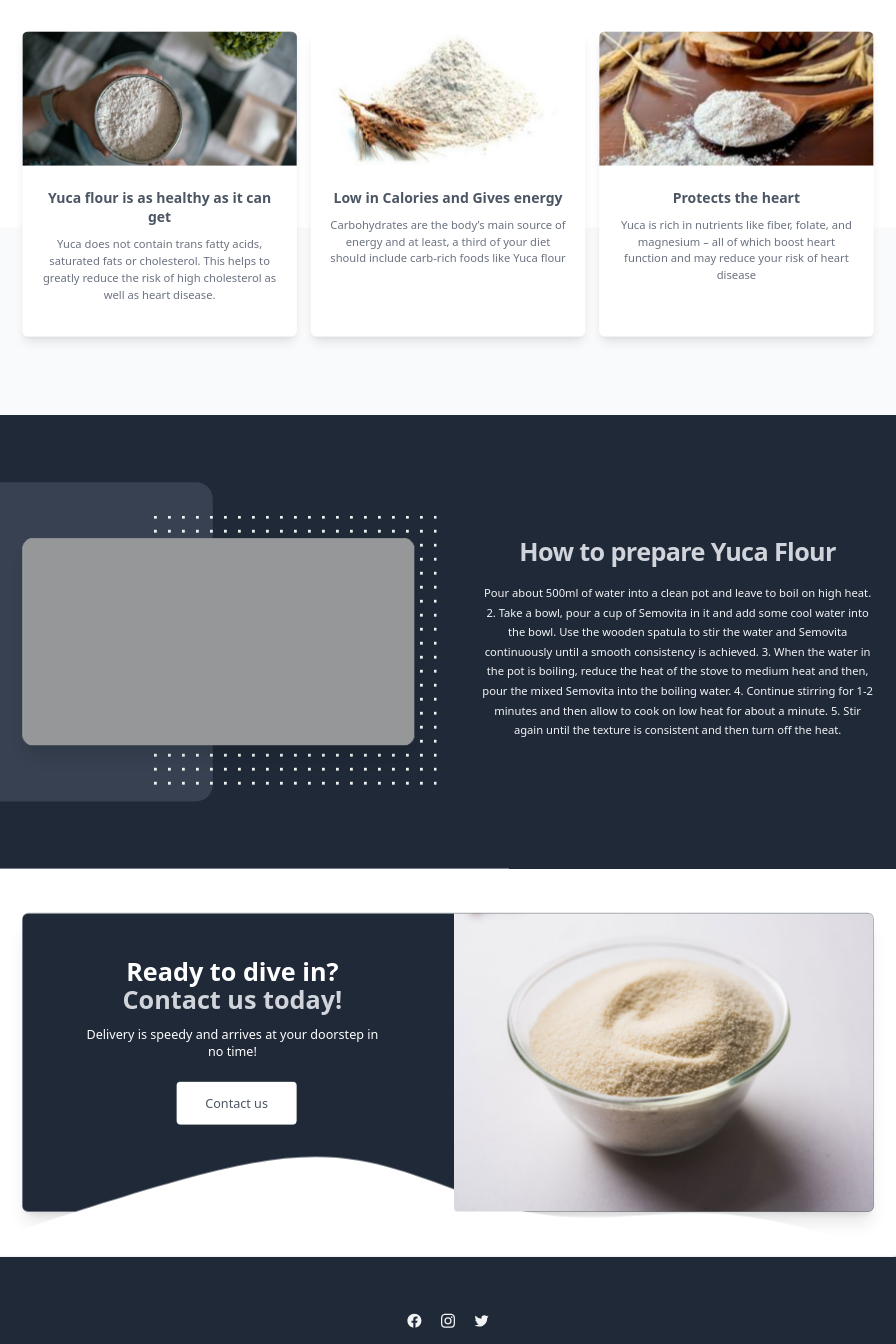
Repository: bellatrick/prime-foods
Page: /
These files come from the project's save history. The page is drawn as it stood at one moment and after a run of saves; the edit follows.
The browser window is 1280 px wide. The pictures show the part of the page from y = 957 to 2877 px (the page is 2960 px tall), at 70% of full size.
Pictures or frames that could not be fetched are drawn as grey boxes. Some web fonts or font styles are not loaded; a fallback is used. The project was rebuilt for these pictures with package versions that can differ from the ones it lists, and the page was loaded fresh each time.

Above is the page before, as saved 2022-05-01 12:46:18.

### public/index.html
<!DOCTYPE html>
<html lang="en">
  <head>
    <meta charset="utf-8" />
    <link rel="icon" href="%PUBLIC_URL%/favicon.ico" />
    <meta name="viewport" content="width=device-width, initial-scale=1" />
    <meta name="theme-color" content="#000000" />
    <meta
      name="description"
      content="Web site created using create-react-app"
    />
    <link rel="apple-touch-icon" href="%PUBLIC_URL%/logo192.png" />
    <link rel="preconnect" href="https://fonts.googleapis.com" />
    <link rel="preconnect" href="https://fonts.gstatic.com" crossorigin />
    <link
      href="https://fonts.googleapis.com/css2?family=Dancing+Script:wght@400;500;600;700&family=Inter:wght@100;200;300;400;500;700;900&family=Kavoon&display=swap"
      rel="stylesheet"
    />
    <!--
      manifest.json provides metadata used when your web app is installed on a
      user's mobile device or desktop. See https://developers.google.com/web/fundamentals/web-app-manifest/
    -->
    <link rel="manifest" href="%PUBLIC_URL%/manifest.json" />
    <!--
      Notice the use of %PUBLIC_URL% in the tags above.
      It will be replaced with the URL of the `public` folder during the build.
      Only files inside the `public` folder can be referenced from the HTML.

      Unlike "/favicon.ico" or "favicon.ico", "%PUBLIC_URL%/favicon.ico" will
      work correctly both with client-side routing and a non-root public URL.
      Learn how to configure a non-root public URL by running `npm run build`.
    -->
    <title>React App</title>
  </head>
  <body>
    <noscript>You need to enable JavaScript to run this app.</noscript>
    <div id="root"></div>
    <!--
      This HTML file is a template.
      If you open it directly in the browser, you will see an empty page.

      You can add webfonts, meta tags, or analytics to this file.
      The build step will place the bundled scripts into the <body> tag.

      To begin the development, run `npm start` or `yarn start`.
      To create a production bundle, use `npm run build` or `yarn build`.
    -->
  </body>
</html>

### src/App.js
import Hero from './components/Hero'
import Features from './components/Features'
import Cta from './components/Cta'
import Footer from './components/Footer'
import Content from './components/Content'
import './App.css';

function App() {
  return (
    <div className="App">
     <Hero/>
     <Features/>
     <Content/>
     <Cta/>
     <Footer/>

    </div>
  );
}

export default App;

### src/components/Hero.jsx
import { Popover } from "@headlessui/react";
import img1 from "../assets/img7.jpg";
import logo from "../assets/prime.jpg";
import Fade from "react-reveal/Fade";

export default function Example() {
  return (
    <div className="relative bg-gray-800">
      <Popover className="relative bg-white shadow">
        <div className="max-w-7xl mx-auto px-4 sm:px-6">
          <div className="flex justify-between items-center py-6  md:space-x-10">
            <div className="flex justify-start lg:w-0 lg:flex-1">
              <img
                src={logo}
                alt=""
                className="h-12 w-auto sm:h-12 object-fill"
              />
            </div>
            <div className="flex gap-8 text-white font-bold cursor-pointer  ">
              <a
                className="hover:bg-gray-400 hover:text-white w-32 py-2 text-white bg-gray-800 rounded-md"
                href="#About"
              >
                About{" "}
              </a>
              <a
                className="hover:bg-gray-400 hover:text-white w-32 py-2 text-white bg-gray-800 rounded-md"
                href="#contact-us"
              >
                Contact us
              </a>
            </div>
          </div>
        </div>
      </Popover>

      <main className="lg:relative">
        <div className="mx-auto max-w-7xl w-full pt-16 pb-20 text-center lg:py-48 lg:text-left">
          <div className="px-4 lg:w-1/2 sm:px-8 xl:pr-16">
            <Fade left opposite>
              <h1 className="text-4xl tracking-tight font-extrabold text-white sm:text-5xl md:text-6xl lg:text-5xl xl:text-6xl">
                <span className="block xl:inline">Yuca Flour</span>{" "}
              </h1>
            </Fade>
            <Fade right opposite>
              <p className="mt-3 max-w-md mx-auto text-lg text-gray-100 sm:text-xl md:mt-5 md:max-w-3xl">
                Yuca flour is a product of cassava. It is nutrient dense and
                provides all the nourishment your body needs to be fortified.
              </p>
            </Fade>

            <div className="mt-10 flex justify-center lg:justify-start">
              <div className="mt-3 sm:mt-0 sm:ml-3">
                <a
                  href="#About"
                  className="w-72 z-10 flex items-center justify-center px-8 py-2 border border-transparent text-base font-medium rounded-md hover:bg-gray-900 text-white bg-gray-400  cursor-pointer md:py-4 md:text-lg md:px-10"
                >
                  Learn more
                </a>
              </div>
            </div>
          </div>
        </div>

        <Fade bottom opposite>
          <div className="relative w-full h-64 sm:h-72 md:h-96 lg:absolute lg:inset-y-0 lg:right-0 lg:w-1/2 lg:h-full">
            <img
              className="absolute inset-0 w-full h-full object-cover"
              src={img1}
              alt=""
            />
          </div>
        </Fade>
      </main>

      <div className="absolute bottom-0 left-0 right-0 w-full">
        <svg
          xmlns="http://www.w3.org/2000/svg"
          viewBox="0 0 1440 320"
          className="h-48  z-0"
        >
          <path
            fill="#fff"
            fill-opacity="1"
            d="M0,288L48,272C96,256,192,224,288,197.3C384,171,480,149,576,165.3C672,181,768,235,864,250.7C960,267,1056,245,1152,250.7C1248,256,1344,288,1392,304L1440,320L1440,320L1392,320C1344,320,1248,320,1152,320C1056,320,960,320,864,320C768,320,672,320,576,320C480,320,384,320,288,320C192,320,96,320,48,320L0,320Z"
          ></path>
        </svg>
      </div>
    </div>
  );
}

### src/components/Features.jsx
import img1 from "../assets/img2.jpg";
import img2 from "../assets/img3.png";
import img3 from "../assets/img4.jfif";
import Fade from "react-reveal/Fade";
const posts = [
  {
    title: "Yuca flour is as healthy as it can get",
    description:
      "Yuca does not contain trans fatty acids, saturated fats or cholesterol. This helps to greatly reduce the risk of high cholesterol as well as heart disease.",
    imageUrl: img2,
  },
  {
    title: " Low in Calories and Gives energy",
    description:
      "Carbohydrates are the body’s main source of energy and at least, a third of your diet should include carb-rich foods like Yuca flour",
    imageUrl: img1,

  },
  {
    title: "Protects the heart",
    description:
      "Yuca is rich in nutrients like fiber, folate, and magnesium – all of which boost heart function and may reduce your risk of heart disease",
    imageUrl: img3,
  },
];

export default function Example() {
  return (
    <div className="relative bg-gray-50 pt-16 pb-20 px-4 sm:px-6 lg:pt-24 lg:pb-28 lg:px-8" id='About'>
      <div className="absolute inset-0">
        <div className="bg-white h-1/3 sm:h-2/3" />
      </div>
      <div className="relative max-w-7xl mx-auto">
        <div className="text-center">
          <h2 className="text-3xl tracking-tight font-extrabold text-gray-600 sm:text-4xl">
            About Yuca Flour
          </h2>
          <p className="mt-3 max-w-2xl mx-auto text-xl text-gray-500 sm:mt-4">
            Lorem ipsum dolor sit amet consectetur, adipisicing elit. Ipsa
            libero labore natus atque, ducimus sed.
          </p>
        </div>
        <>
          <div className="mt-12 max-w-lg mx-auto grid gap-5 lg:grid-cols-3 lg:max-w-none">
            {posts.map((post) => (
              <Fade cascade opposite left>
                <div
                  key={post.title}
                  className="flex flex-col rounded-lg shadow-lg overflow-hidden"
                >
                  <div className="flex-shrink-0">
                    <img
                      className="h-48 w-full object-cover"
                      src={post.imageUrl}
                      alt="feature img"
                    />
                  </div>
                  <div className="flex-1 bg-white p-6 flex flex-col justify-between">
                    <div className="flex-1">
                      <a href={post.href} className="block mt-2">
                        <p className="text-xl font-semibold text-gray-600">
                          {post.title}
                        </p>
                        <p className="mt-3 text-base text-gray-500">
                          {post.description}
                        </p>
                      </a>
                    </div>
                    <div className="mt-6 flex items-center"></div>
                  </div>
                </div>
              </Fade>
            ))}
          </div>
        </>
      </div>
    </div>
  );
}

### src/components/Cta.jsx
import img1 from "../assets/img9.jpg";
import Slide from "react-reveal/Slide";
import Fade from "react-reveal/Fade";
export default function Example() {
  return (
    <div className="bg-white relative" id="contact-us">
         <div className="absolute bottom-0 left-0 right-0">
        <svg xmlns="http://www.w3.org/2000/svg" viewBox="0 0 1440 320">
          <path
            fill="#fff"
            fill-opacity="1"
            d="M0,288L48,272C96,256,192,224,288,197.3C384,171,480,149,576,165.3C672,181,768,235,864,250.7C960,267,1056,245,1152,250.7C1248,256,1344,288,1392,304L1440,320L1440,320L1392,320C1344,320,1248,320,1152,320C1056,320,960,320,864,320C768,320,672,320,576,320C480,320,384,320,288,320C192,320,96,320,48,320L0,320Z"
          ></path>
        </svg>
      </div>
      <div className="max-w-7xl mx-auto py-16 px-4 sm:px-6 lg:px-8">
        <div className="bg-gray-800 rounded-lg shadow-xl overflow-hidden lg:grid lg:grid-cols-2 lg:gap-4">
          <div className="pt-6 pb-12 px-6 sm:pt-10 sm:px-16 lg:py-16 lg:pr-0 xl:py-16 xl:px-20">
            <div className="lg:self-center">
              <h2 className="text-2xl font-extrabold text-white sm:text-4xl">
                <Fade left>
                  <span className="block">Ready to dive in?</span>
                </Fade>
                <Fade right>
                  {" "}
                  <span className="block text-gray-300">Contact us today!</span>
                </Fade>
              </h2>
              <Slide left>
                {" "}
                <p className="mt-4 text-lg leading-6 text-white">
                  Delivery is speedy and arrives at your doorstep in no time!
                </p>
              </Slide>
              <Slide left>
                <div className="mt-4 flex justify-center sm:mt-8 sm:ml-3 cursor-pointer">
                  <a
                    href={`https://wa.me/${'+2348108932677'}/?text=${'Hello, i just got off your website and i would like to...'}`}
                    rel="noreferrer"
                    className=" flex items-center justify-center px-8 py-3 border border-transparent text-base font-medium rounded-md bg-white text-gray-600 hover:bg-gray-400 hover:text-white cursor-pointer md:py-4 md:text-lg md:px-10"
                  >
                    Contact us
                  </a>
                </div>
              </Slide>
            </div>
          </div>{" "}
          <div className="-mt-6 aspect-w-5 aspect-h-3 md:aspect-w-2 md:aspect-h-1">
            <Slide right>
              <img
                className="transform translate-x-6 translate-y-6 rounded-md object-cover object-left-top sm:translate-x-16 lg:translate-y-20"
                src={img1}
                alt="App screenshot"
              />
            </Slide>
          </div>
        </div>
      </div>

    </div>
  );
}

### src/components/Footer.jsx
/* This example requires Tailwind CSS v2.0+ */
const navigation = {
    social: [
      {
        name: 'Facebook',
        href: '#',
        icon: (props) => (
          <svg fill="currentColor" viewBox="0 0 24 24" {...props}>
            <path
              fillRule="evenodd"
              d="M22 12c0-5.523-4.477-10-10-10S2 6.477 2 12c0 4.991 3.657 9.128 8.438 9.878v-6.987h-2.54V12h2.54V9.797c0-2.506 1.492-3.89 3.777-3.89 1.094 0 2.238.195 2.238.195v2.46h-1.26c-1.243 0-1.63.771-1.63 1.562V12h2.773l-.443 2.89h-2.33v6.988C18.343 21.128 22 16.991 22 12z"
              clipRule="evenodd"
            />
          </svg>
        ),
      },
      {
        name: 'Instagram',
        href: '#',
        icon: (props) => (
          <svg fill="currentColor" viewBox="0 0 24 24" {...props}>
            <path
              fillRule="evenodd"
              d="M12.315 2c2.43 0 2.784.013 3.808.06 1.064.049 1.791.218 2.427.465a4.902 4.902 0 011.772 1.153 4.902 4.902 0 011.153 1.772c.247.636.416 1.363.465 2.427.048 1.067.06 1.407.06 4.123v.08c0 2.643-.012 2.987-.06 4.043-.049 1.064-.218 1.791-.465 2.427a4.902 4.902 0 01-1.153 1.772 4.902 4.902 0 01-1.772 1.153c-.636.247-1.363.416-2.427.465-1.067.048-1.407.06-4.123.06h-.08c-2.643 0-2.987-.012-4.043-.06-1.064-.049-1.791-.218-2.427-.465a4.902 4.902 0 01-1.772-1.153 4.902 4.902 0 01-1.153-1.772c-.247-.636-.416-1.363-.465-2.427-.047-1.024-.06-1.379-.06-3.808v-.63c0-2.43.013-2.784.06-3.808.049-1.064.218-1.791.465-2.427a4.902 4.902 0 011.153-1.772A4.902 4.902 0 015.45 2.525c.636-.247 1.363-.416 2.427-.465C8.901 2.013 9.256 2 11.685 2h.63zm-.081 1.802h-.468c-2.456 0-2.784.011-3.807.058-.975.045-1.504.207-1.857.344-.467.182-.8.398-1.15.748-.35.35-.566.683-.748 1.15-.137.353-.3.882-.344 1.857-.047 1.023-.058 1.351-.058 3.807v.468c0 2.456.011 2.784.058 3.807.045.975.207 1.504.344 1.857.182.466.399.8.748 1.15.35.35.683.566 1.15.748.353.137.882.3 1.857.344 1.054.048 1.37.058 4.041.058h.08c2.597 0 2.917-.01 3.96-.058.976-.045 1.505-.207 1.858-.344.466-.182.8-.398 1.15-.748.35-.35.566-.683.748-1.15.137-.353.3-.882.344-1.857.048-1.055.058-1.37.058-4.041v-.08c0-2.597-.01-2.917-.058-3.96-.045-.976-.207-1.505-.344-1.858a3.097 3.097 0 00-.748-1.15 3.098 3.098 0 00-1.15-.748c-.353-.137-.882-.3-1.857-.344-1.023-.047-1.351-.058-3.807-.058zM12 6.865a5.135 5.135 0 110 10.27 5.135 5.135 0 010-10.27zm0 1.802a3.333 3.333 0 100 6.666 3.333 3.333 0 000-6.666zm5.338-3.205a1.2 1.2 0 110 2.4 1.2 1.2 0 010-2.4z"
              clipRule="evenodd"
            />
          </svg>
        ),
      },
      {
        name: 'Twitter',
        href: '#',
        icon: (props) => (
          <svg fill="currentColor" viewBox="0 0 24 24" {...props}>
            <path d="M8.29 20.251c7.547 0 11.675-6.253 11.675-11.675 0-.178 0-.355-.012-.53A8.348 8.348 0 0022 5.92a8.19 8.19 0 01-2.357.646 4.118 4.118 0 001.804-2.27 8.224 8.224 0 01-2.605.996 4.107 4.107 0 00-6.993 3.743 11.65 11.65 0 01-8.457-4.287 4.106 4.106 0 001.27 5.477A4.072 4.072 0 012.8 9.713v.052a4.105 4.105 0 003.292 4.022 4.095 4.095 0 01-1.853.07 4.108 4.108 0 003.834 2.85A8.233 8.233 0 012 18.407a11.616 11.616 0 006.29 1.84" />
          </svg>
        ),
      },
    ],
  }

  export default function Example() {
    return (
      <footer className="bg-gray-800">
        <div className="max-w-7xl mx-auto py-12 px-4 overflow-hidden sm:px-6 lg:px-8">
          <div className="mt-8 flex justify-center space-x-6">
            {navigation.social.map((item) => (
              <a key={item.name} href={item.href} className="text-gray-100 hover:text-gray-200">
                <span className="sr-only">{item.name}</span>
                <item.icon className="h-6 w-6" aria-hidden="true" />
              </a>
            ))}
          </div>
          <p className="mt-8 text-center text-base text-gray-100">&copy; 2022 Prime foods. All rights reserved.</p>
        </div>
      </footer>
    )
  }

### src/components/Content.jsx
import img1 from "../assets/img1.jpg";
import Fade from "react-reveal/Fade";
export default function Example() {
  return (
    <div className="relative bg-gray-800 py-16 sm:py-24">
      <div className="lg:mx-auto lg:max-w-7xl lg:px-8 lg:grid lg:grid-cols-2 lg:gap-24 lg:items-start">
        <div className="relative sm:py-16 lg:py-0">
          <div
            aria-hidden="true"
            className="hidden sm:block lg:absolute lg:inset-y-0 lg:right-0 lg:w-screen"
          >
            <div className="absolute inset-y-0 right-1/2 w-full bg-gray-700 rounded-r-3xl lg:right-72" />
            <svg
              className="absolute top-8 left-1/2 -ml-3 lg:-right-8 lg:left-auto lg:top-12"
              width={404}
              height={392}
              fill="none"
              viewBox="0 0 404 392"
            >
              <Fade left>
                <defs>
                  <pattern
                    id="02f20b47-fd69-4224-a62a-4c9de5c763f7"
                    x={0}
                    y={0}
                    width={20}
                    height={20}
                    patternUnits="userSpaceOnUse"
                  >
                    <rect
                      x={0}
                      y={0}
                      width={4}
                      height={4}
                      className="text-gray-100"
                      fill="currentColor"
                    />
                  </pattern>
                </defs>
              </Fade>
              <rect
                width={404}
                height={392}
                fill="url(#02f20b47-fd69-4224-a62a-4c9de5c763f7)"
              />
            </svg>
          </div>
          <div className="relative mx-auto max-w-md px-4 sm:max-w-3xl sm:px-6 lg:px-0 lg:max-w-none lg:py-20">
            {/* Testimonial card*/}
            <Fade right>
              <div className="relative pt-64 pb-10 rounded-2xl shadow-xl overflow-hidden">
                <img
                  className="absolute inset-0 h-full w-full object-cover"
                  src={img1}
                  alt=""
                />
                <div className="absolute inset-0 bg-gray-100 mix-blend-multiply" />
              </div>
            </Fade>
          </div>
        </div>
        <div className="relative mx-auto max-w-md px-4 sm:max-w-3xl sm:px-6 lg:px-0">
          {/* Content area */}
          <div className="pt-12 sm:pt-16 lg:pt-20">
            <Fade left>
              <h2 className="text-3xl text-gray-300 font-extrabold tracking-tight sm:text-4xl">
                How to prepare Yuca Flour
              </h2>
            </Fade>
            <Fade right>
              <div className="mt-6 text-gray-100 space-y-6">
                <p className="text-base leading-7">
                  <ol>
                    <li>
                      {" "}
                      Pour about 500ml of water into a clean pot and leave to
                      boil on high heat.{" "}
                    </li>
                  </ol>
                  2. Take a bowl, pour a cup of Semovita in it and add some cool
                  water into the bowl. Use the wooden spatula to stir the water
                  and Semovita continuously until a smooth consistency is
                  achieved. 3. When the water in the pot is boiling, reduce the
                  heat of the stove to medium heat and then, pour the mixed
                  Semovita into the boiling water. 4. Continue stirring for 1-2
                  minutes and then allow to cook on low heat for about a minute.
                  5. Stir again until the texture is consistent and then turn
                  off the heat.
                </p>
              </div>
            </Fade>
          </div>
        </div>
      </div>
    </div>
  );
}

### tailwind.config.js
module.exports = {
  content: ["./src/**/*.{js,jsx,ts,tsx}"],
  theme: {
    extend: {
      colors: {
        primary: "#do380c",
      },
      fontFamily: {
        body: ["Inter", "sans-serif"],
        logo: ["Dancing Script", "cursive"],
      },
    },
  },
  plugins: [],
};

Loaded but not shown: src/index.js (common file); src/index.css (common file); src/reportWebVitals.js (common file); src/App.css (common file)

After the next 2 saves:
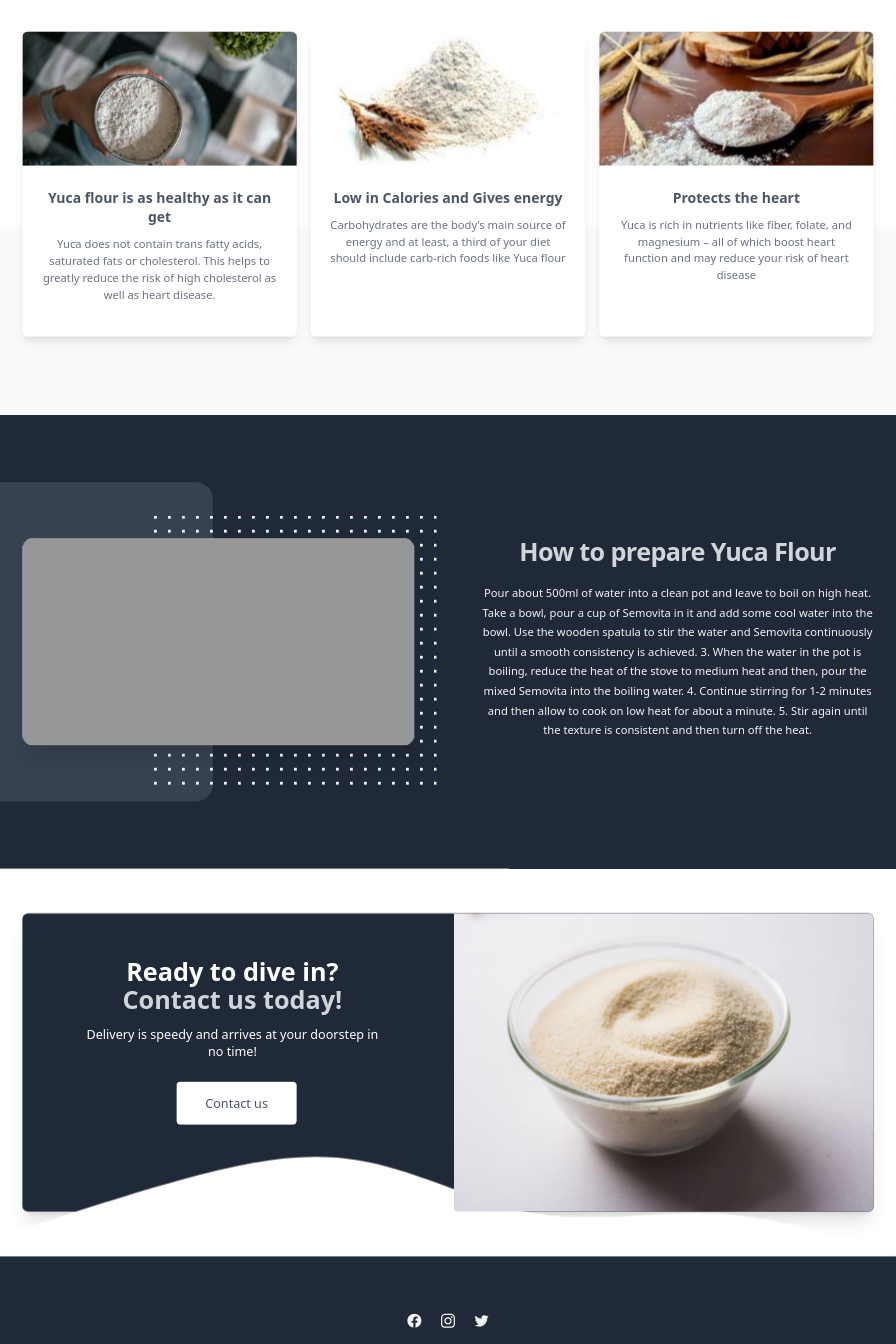
The 2 saves are shown as one change because they came seconds apart.
The last was saved 7 s later.
--- a/src/components/Content.jsx
+++ b/src/components/Content.jsx
@@ -76,8 +76,9 @@ export default function Example() {
                       Pour about 500ml of water into a clean pot and leave to
                       boil on high heat.{" "}
                     </li>
+                    <li></li>
                   </ol>
-                  2. Take a bowl, pour a cup of Semovita in it and add some cool
+                   Take a bowl, pour a cup of Semovita in it and add some cool
                   water into the bowl. Use the wooden spatula to stir the water
                   and Semovita continuously until a smooth consistency is
                   achieved. 3. When the water in the pot is boiling, reduce the
